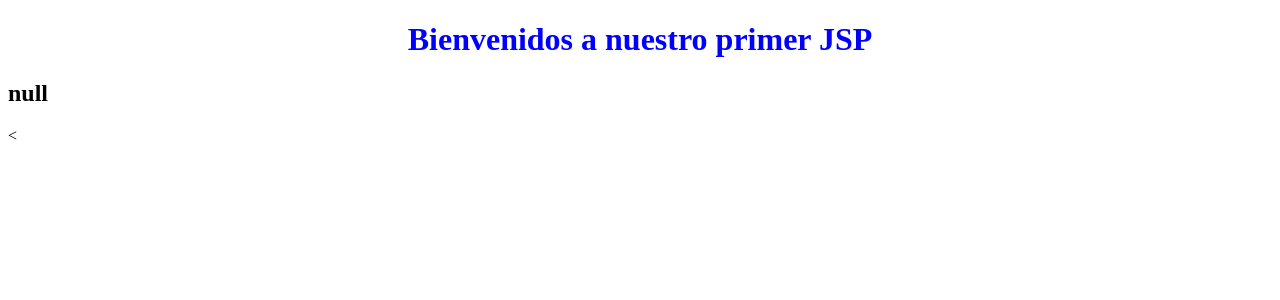
Repository: Pablosky971/Ejercicio-4.-Proyecto-Web
Page: http://localhost/01_Web/FormularioJSPServlet
These files come from the project's save history. The page is drawn as it stood at one moment and after a run of saves; the edit follows.
The browser window is 1280 px wide. The pictures show the whole page.
The page is served by Tomcat 9. Other server files are loaded and not shown.

Above is the page before, as saved 2022-03-10 11:24:18.

### 01_Web/src/main/webapp/resultadoFormulario2.jsp
<%@ page language="java" contentType="text/html; charset=ISO-8859-1"
    pageEncoding="ISO-8859-1"%>
<!DOCTYPE html>
<!-- Un JSP es un SERVLET -->
<html>
<head>
<meta charset="UTF-8">
<title>Insert title here</title>
<link rel="stylesheet" href="css/estilos.css">
</head>
<body>
	<h1>Bienvenidos a nuestro primer JSP</h1>
	<!-- Scriptlets -->
	<%
		String nombre = request.getParameter("nombre");
		String mensaje = (String) request.getAttribute("m1");
	%>

	<h2><%=nombre %></h2>
	<
</body>
</html>

### 01_Web/src/main/java/servlets/FormularioJSPServlet.java
package servlets;

import java.io.IOException;

import javax.servlet.RequestDispatcher;
import javax.servlet.ServletException;
import javax.servlet.annotation.WebServlet;
import javax.servlet.http.HttpServlet;
import javax.servlet.http.HttpServletRequest;
import javax.servlet.http.HttpServletResponse;

import modelo.entidad.Persona;


@WebServlet("/FormularioJSPServlet")
public class FormularioJSPServlet extends HttpServlet {
	private static final long serialVersionUID = 1L;


	protected void doGet(HttpServletRequest request, HttpServletResponse response) throws ServletException, IOException {
		String nombre = request.getParameter("nombre"); // igual que el name del formulario
		String apellido = request.getParameter("apellido");
		String sPeso = request.getParameter("peso"); // Siempre son Strings

		int iPeso = 0;
		if(sPeso != null && !sPeso.equals("")) {
			iPeso = Integer.parseInt(sPeso); // Parseamos para que sea un int.
		}

		Persona p = new Persona();
		p.setNombre(nombre);
		p.setApellido(apellido);
		p.setPeso(iPeso);

		String mensaje = "Primer mensaje desde el Servlet";

		// Podemos decir al servlet donde queremos ir para mostrar la información
		RequestDispatcher rd = request.getRequestDispatcher("resultadoFormulario2.jsp");
		request.setAttribute("m1", mensaje);
		request.setAttribute("num", 5);
		request.setAttribute("p1", p);

		// Ejecutamos acción de ir
		rd.forward(request, response);
	}
	protected void doPost(HttpServletRequest request, HttpServletResponse response) throws ServletException, IOException {

		doGet(request, response);
	}

}

### 01_Web/src/main/java/modelo/entidad/Persona.java
package modelo.entidad;

public class Persona {

	private String nombre;
	private String apellido;
	private int peso;









	public Persona() {
		super();
	}


	public String getNombre() {
		return nombre;
	}
	public void setNombre(String nombre) {
		this.nombre = nombre;
	}
	public String getApellido() {
		return apellido;
	}


	public void setApellido(String apellido) {
		this.apellido = apellido;
	}


	public int getPeso() {
		return peso;
	}


	public void setPeso(int peso) {
		this.peso = peso;
}

	@Override
	public String toString() {
		return "Persona [nombre=" + nombre + ", apellido=" + apellido + ", peso=" + peso + "]";
	}
	}

### 01_Web/src/main/webapp/css/estilos.css
h1 {
	color: blue;
	text-align: center;
}

After the next 2 saves:
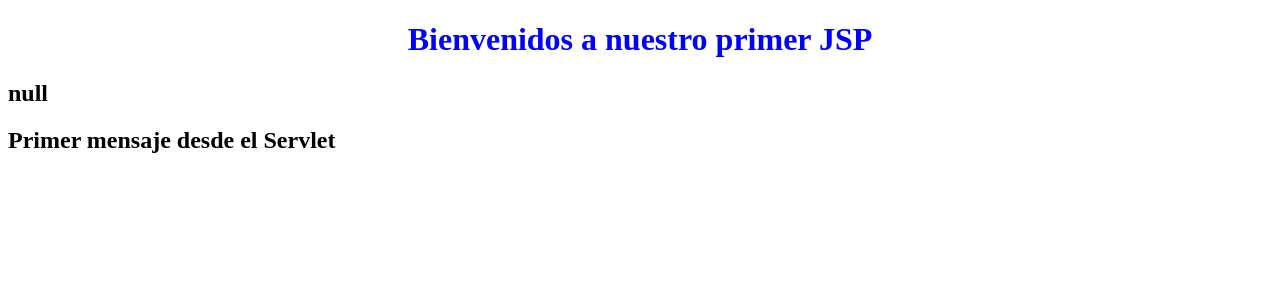
The 2 saves are shown as one change because they came seconds apart.
The last was saved 12 s later.
--- a/01_Web/src/main/webapp/resultadoFormulario2.jsp
+++ b/01_Web/src/main/webapp/resultadoFormulario2.jsp
@@ -17,6 +17,6 @@
 	%>
 
 	<h2><%=nombre %></h2>
-	<
+	<h2><%=mensaje %></h2>
 </body>
 </html>
